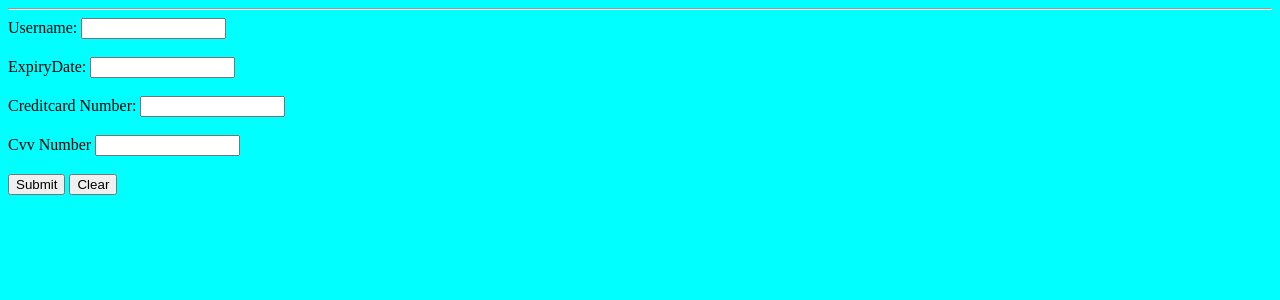
Repository: laikrish/day10
Page: CreditCard/WebContent/creditcard.html
An editor plug-in stored every save of this project. The page is shown before and after the next save, followed by the edit.
The browser window is 1280 px wide. The pictures show the whole page.

Above is the page before, as saved 2018-09-06 08:19:26.

After the next save:
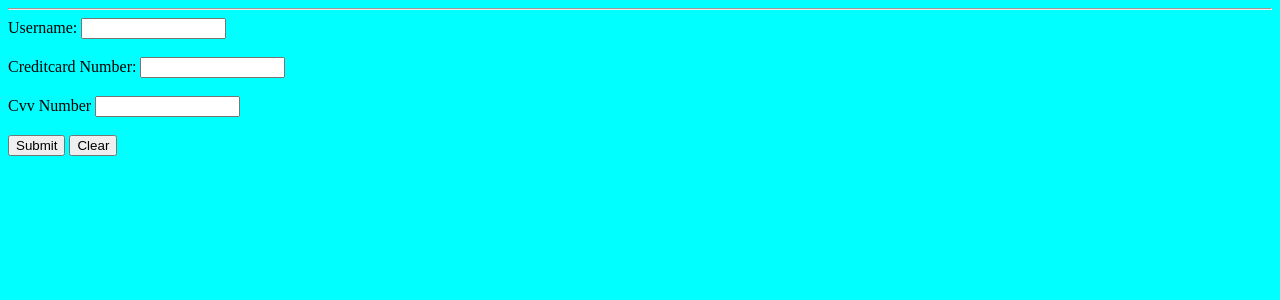
Saved 8 min 30 s later.
--- a/CreditCard/WebContent/creditcard.html
+++ b/CreditCard/WebContent/creditcard.html
@@ -10,9 +10,9 @@
 <label> Username: </label>
 <input type ="text" name="username" size="15"/>
 <br><br>
-<label>ExpiryDate: </label>
+<!-- <label>ExpiryDate: </label>
 <input type ="expirydate" name="expirydate" size="15"/>
-<br><br>
+<br><br> -->
 <label> Creditcard Number: </label>
 <input type ="text" name="creditcard number" size="15"/>
 <br><br>
